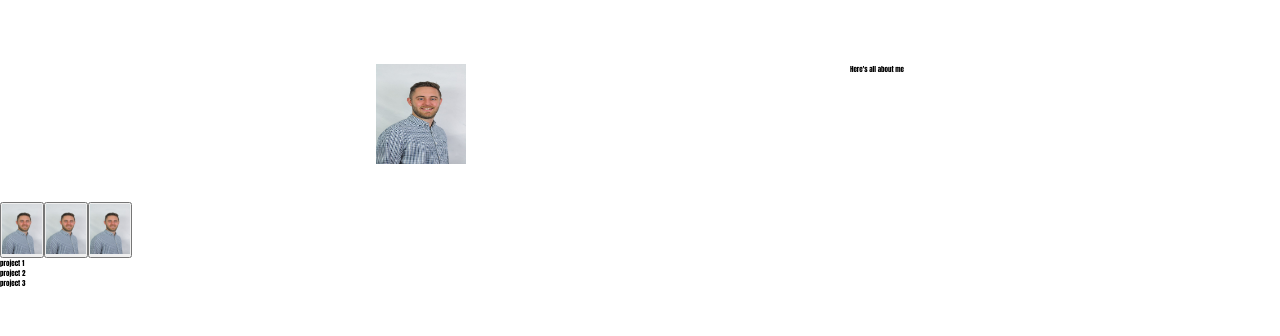
Repository: Kobramall/portfolio-project
Page: /portfolio
These files come from the project's save history. The page is drawn as it stood at one moment and after the next save; the edit follows.
The browser window is 1280 px wide. The pictures show the whole page.
The project was rebuilt for these pictures with package versions that can differ from the ones it lists, and the page was loaded fresh each time. Also part of the build but not shown: src/App.css, src/componets/Main.jsx. Imported but missing from the stored project, and not drawn on this page: src/assets/Landscape.mov.

Above is the page before, as saved 2022-11-01 15:21:48.

After the next save:
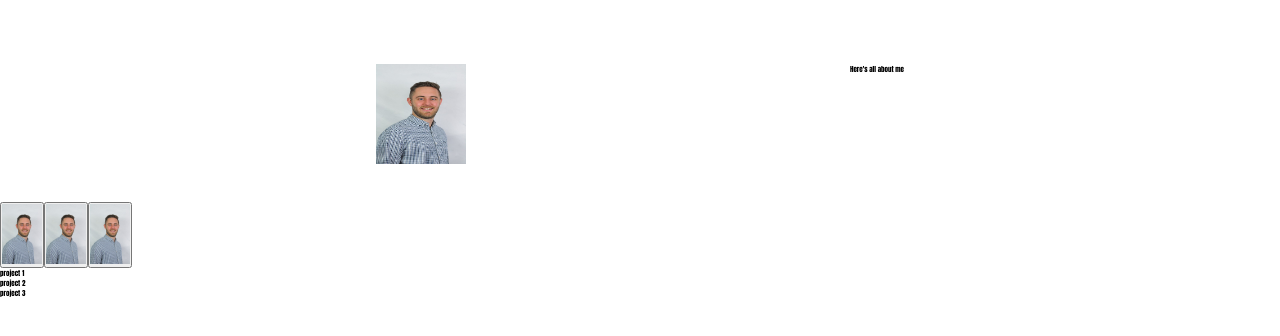
Saved 69 s later.
--- a/src/componets/Portfolio.jsx
+++ b/src/componets/Portfolio.jsx
@@ -11,9 +11,9 @@
                <p>Here's all about me</p>
             </div>
             <div className='projectLinks'>
-                    <a href="https://github.com/Kobramall" ><button><img src={Img} alt="filler pics" width="40" height="50"/></button></a>
-                    <a href="https://github.com/Kobramall" ><button><img src={Img} alt="filler pics" width="40" height="50"/></button></a>
-                    <a href="https://github.com/Kobramall" ><button><img src={Img} alt="filler pics" width="40" height="50"/></button></a>
+                    <a href="https://github.com/Kobramall" ><button><img src={Img} alt="filler pics" width="40" height="60"/></button></a>
+                    <a href="https://github.com/Kobramall" ><button><img src={Img} alt="filler pics" width="40" height="60"/></button></a>
+                    <a href="https://github.com/Kobramall" ><button><img src={Img} alt="filler pics" width="40" height="60"/></button></a>
             </div>
             <div className='projectDes'>
                    <p>project 1</p>

After the save that followed:
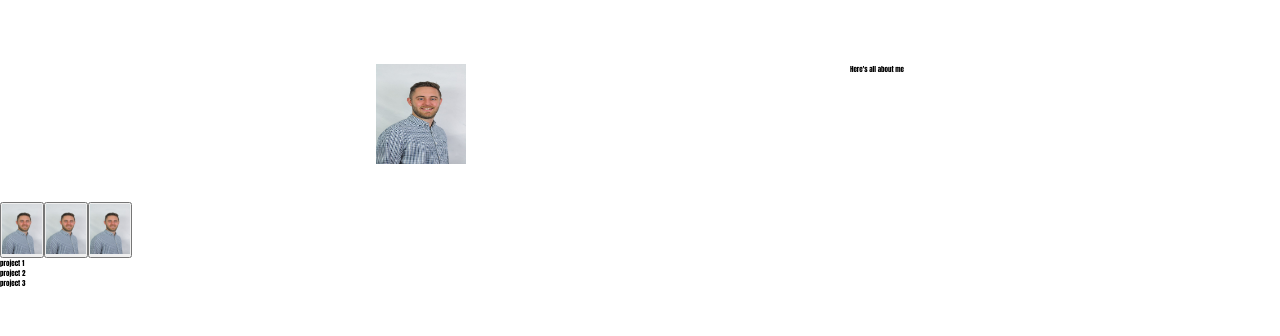
Saved 5 s later.
--- a/src/componets/Portfolio.jsx
+++ b/src/componets/Portfolio.jsx
@@ -11,9 +11,9 @@
                <p>Here's all about me</p>
             </div>
             <div className='projectLinks'>
-                    <a href="https://github.com/Kobramall" ><button><img src={Img} alt="filler pics" width="40" height="60"/></button></a>
-                    <a href="https://github.com/Kobramall" ><button><img src={Img} alt="filler pics" width="40" height="60"/></button></a>
-                    <a href="https://github.com/Kobramall" ><button><img src={Img} alt="filler pics" width="40" height="60"/></button></a>
+                    <a href="https://github.com/Kobramall" ><button><img src={Img} alt="filler pics" width="40" height="50"/></button></a>
+                    <a href="https://github.com/Kobramall" ><button><img src={Img} alt="filler pics" width="40" height="50"/></button></a>
+                    <a href="https://github.com/Kobramall" ><button><img src={Img} alt="filler pics" width="40" height="50"/></button></a>
             </div>
             <div className='projectDes'>
                    <p>project 1</p>
